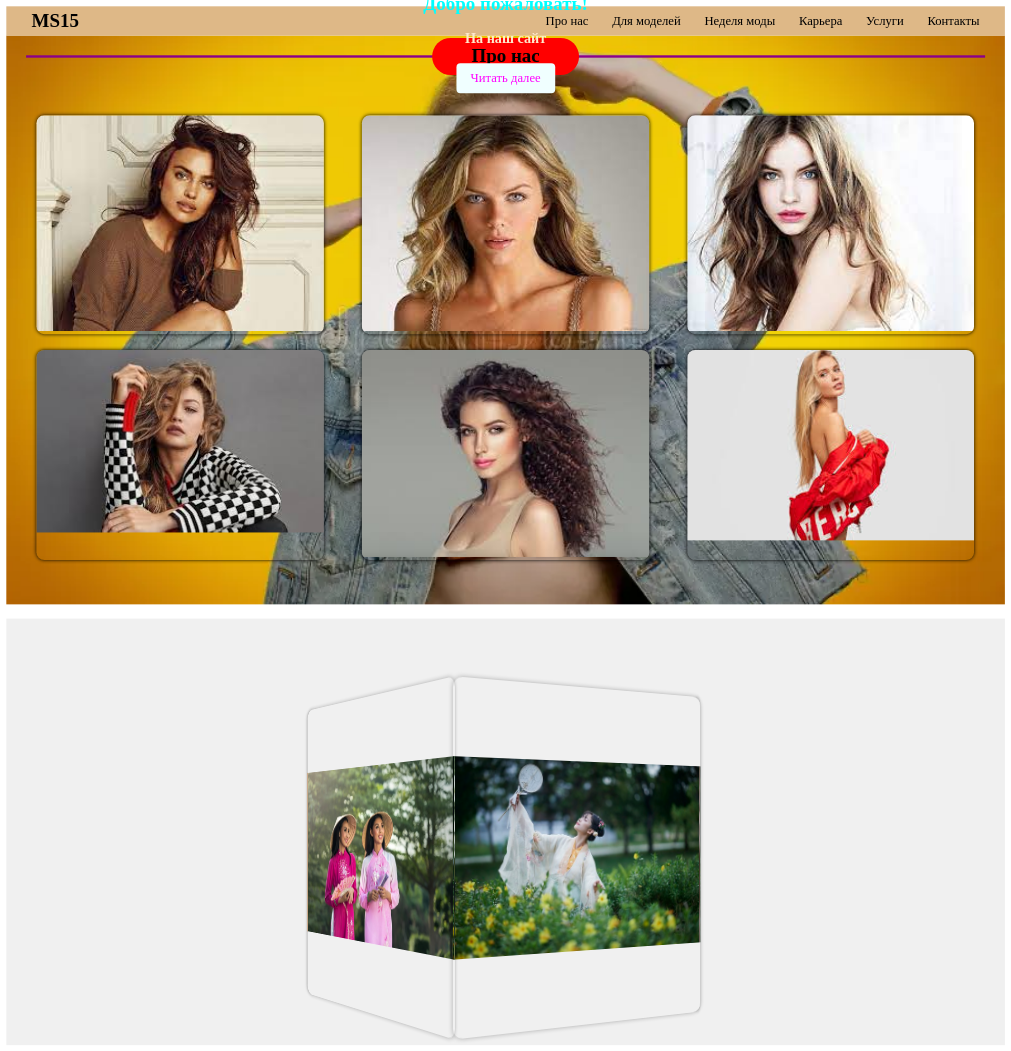
Repository: qtqqrdy13/model-studio
Page: index.html
The author's editor kept a copy of each file at every save. The page is drawn from the files as they stood at one save, then again after the next save.
The browser window is 1280 px wide. The pictures show the whole page, at 79% of full size.

Above is the page before, as saved 2023-08-22 19:00:14.

### index.html
<!DOCTYPE html>
<html lang="RU">

<head>
    <meta charset="UTF-8">
    <meta name="viewport" content="width=device-width, initial-scale=1.0">
    <title>model studio</title>
    <link rel="stylesheet" type="text/css" href="style.css">
</head>

<body>
    <header class="header">
        <div class="conteiner">
            <div class="header_inner">
                <div class="header_logo">
                    MS15
                </div>
                <nav class="nav">
                    <a class="nav_link" href="#">Про нас</a>
                    <a class="nav_link" href="#">Для моделей</a>
                    <a class="nav_link" href="#">Неделя моды</a>
                    <a class="nav_link" href="#">Карьера</a>
                    <a class="nav_link" href="#">Услуги</a>
                    <a class="nav_link" href="#">Контакты</a>
                </nav>
            </div>
        </div>
    </header>

    <div class="intro">
        <img src="../java/img/ответственная-стильная-девушка-отдающая-приветствие-слушая-порядок-217387674.webp" alt="">
        <div class="intro__inner">
            <h2 class="intro_suptitle">
                Добро пожаловать!
            </h2>
            <h1 class="intro_title">
                На наш сайт
            </h1>
                    <a class="button">
                        Читать далее
                    </a>
        </div>
    </div>
     <div id="about_us">
        <div class="announcement">
            <h2 class="title">
                Про нас
            </h2>
        </div>
    </div>
    <div class="wrapper">
        <div class="block">
            <img src="../java/img/Без названия (1).jpg">
            <div class="information">
                <h1>
                    Хочу Вас познакомить с шикарными девушками которые готовы работать в формате nu.
                </h1>
                <p>
                    Тыкайте сюда.
                </p>
                <a href="#" class="btn">
                    Далее
                </a>
            </div>
        </div>
        <div class="block">
            <img src="../java/img/Без названия (2).jpg">
            <div class="information">
                <h1>
                    Хочу Вас познакомить с шикарными девушками которые готовы работать в формате nu.
                </h1>
                <p>
                    Тыкайте сюда.
                </p>
                <a href="#" class="btn">
                    Далее
                </a>
            </div>
        </div>
        <div class="block">
            <img src="../java/img/Без названия (3).jpg">
            <div class="information">
                <h1>
                    Хочу Вас познакомить с шикарными девушками которые готовы работать в формате nu.
                </h1>
                <p>
                    Тыкайте сюда.
                </p>
                <a href="#" class="btn">
                    Далее
                </a>
            </div>
        </div>
        <div class="block">
            <img src="../java/img/images.jpg">
            <div class="information">
                <h1>
                    Хочу Вас познакомить с шикарными девушками которые готовы работать в формате nu.
                </h1>
                <p>
                    Тыкайте сюда.
                </p>
                <a href="#" class="btn">
                    Далее
                </a>
            </div>
        </div>
        <div class="block">
            <img src="../java/img/images (1).jpg">
            <div class="information">
                <h1>
                    Хочу Вас познакомить с шикарными девушками которые готовы работать в формате nu.
                </h1>
                <p>
                    Тыкайте сюда.
                </p>
                <a href="#" class="btn">
                    Далее
                </a>
            </div>
        </div>
        <div class="block">
            <img src="../java/img/images (2).jpg">
            <div class="information">
                <h1>
                    Хочу Вас познакомить с шикарными девушками которые готовы работать в формате nu.
                </h1>
                <p>
                    Тыкайте сюда.
                </p>
                <a href="#" class="btn">
                    Далее
                </a>
            </div>
        </div>
    </div>
    <div class="carusel-conteiner">
        <div class="carusel">
            <div class="slide">
                <img src="../java/img/q.webp">
            </div>
              <div class="slide">
                <img src="../java/img/w.jpg">
              </div>
                <div class="slide">
                    <img src="../java/img/e.jpg">
                </div>
                <div class="slide">
                    <img src="../java/img/r.jpg">
                </div>
                <div class="slide">
                    <img src="../java/img/t.jpg">
                </div>
            </div>
        </div>
    </div>
</body>

</html>

### style.css
.header {
    background-color: burlywood;
    color: black;
    padding: 5px;
}

.conteiner {
    max-width: 1200px;
    margin: 0 auto;
}

.header_inner {
    display: flex;
    justify-content: space-between;
    align-items: center;
}

.header_logo {
    font-size: 24px;
    font-weight: bold;
}

.nav {
    display: flex;
}

.nav_link {
    margin-left: 30px;
    text-decoration: none;
    color: black;
    transition: color 0.3s ease;
    align-items: flex-end;
    justify-content: space-between;
}

.nav_link:hover {
    color: crimson;
    font-size: 20px;

}
.nav_link::before{
    position:absolute;
    width: 100%;
    background-color:deeppink;
    transform: scaleX(0);
    transition: transform 0.3s ease;

}
.nav.link:hover::before{
    transform:scaleX(1);
}
.announcement{
    height: 3px;
    background-color:darkmagenta;
    display:flex;
    justify-content:center;
    align-items:center;
    margin:2% 2%;
}
.title{
    animation-name:fade-in;
    animation-duration: 0.3s;
    text-align:center;
    text-decoration: none;
    color:black;
    background-color: red;
    border-radius:30px;
    padding: 10px 50px;
}
.title:hover{
    background-color: cadetblue;
    color:coral;
    font-size:24px;
}
@keyframes fade-in {
    from{
        opacity:0;
    }
to{
    opacity:1;
}
}
.intro{
    position:relative;
    width: 100%;
    height: auto;
    display:flex;
    align-items:center;
    justify-content:center;


}
.intro img{
    width: 100%;
    height:100vh;
    object-fit:cover;
    position:absolute;
    top:0;
    left:0;
    animation:fade-in 1s ease-in-out;
    z-index: -1;
}
.intro__inner{
    text-align:center;
    position:absolute;
    top:50%;
    left:50%;
    transform:translate(-50%, -50%);
    z-index: 1;
}
.intro_suptitle{
    font-size:24px;
    color:aqua;
    margin-bottom:20px;
    text-align: center;
}
.intro_title{
    font-size:18px;
    color:blanchedalmond;
    margin-bottom:20px;
    text-align: center;
}
.button{
    display: inline-block;
    padding: 10px 18px;
    background-color:azure;
    color:fuchsia;
    font-size:16px;
    text-decoration: none;
    border-radius:5px;
}
.button:hover{
    background-color:antiquewhite;
    color:beige;
    font-size:24px;
}
@keyframes fade-in {
    from{
        opacity: 0;
    }
    to{
        opacity: 1;
    }

}
.wrapper{
    display:flex;
    flex-wrap: wrap;
    justify-content: space-evenly;
    margin-top: 5%;

}

.block{
    width: calc(30.33% - 20px);
    margin:10px;
    position:relative;
    overflow:hidden;
    border-radius:10px;
    box-shadow: 0 0 5px black;



}
.block:hover{
  box-shadow: 0 0 10px black;
  transform:scale(0.9);
}
.block:hover img{
    transform:scale(1.1);
}
.block img{
    width: 100%;
    height: auto;
    object-fit: cover;

}
.information{
position:absolute;
bottom:0;
left:0;
width: 100%;
padding:15px;
background-color:grey;
color:red;
opacity: 0;
transition: opacity 0.3s ease-in-out;
}
.information h1, p{
    margin:0;
    padding:0;
}
.block:hover .information{
    opacity:1;
}
.btn{
    display:inline-block;
    padding:10px 20px;
    background-color:brown;
    color:navy;
    text-decoration: none;
    border-radius:15px;
    margin-top:5px;
}
.btn:hover{
    background-color:green;
    color:pink;

}
.carusel-conteiner {
    perspective: 1000px;
    display: flex;
    justify-content: center;
    align-items: center;
    height: 75vh;
    background-color: #f0f0f0;
    margin-top:5%;
  }

  .carusel {
    width: 300px;
    height: 300px;
    position: relative;
    margin: auto;
    transform-style: preserve-3d;
    animation: rotate 15s infinite linear;
    transform: translateZ(-200px);
  }

  .slide {
    width: 293px;
    height: 350px;
    position: absolute;
    display: flex;
    justify-content: center;
    align-items: center;
    background-color: #f0f0f0;
    box-shadow: 0px 0px 5px rgba(0, 0, 0, 0.3);
    transform-origin: center center;
    border-radius: 10px;
  }
  .slide img{
    max-width: 100%;
    max-height: 100%;

  }

  .slide:nth-child(1) { transform: rotateY(0deg) translateZ(200px); }
  .slide:nth-child(2) { transform: rotateY(72deg) translateZ(200px); }
  .slide:nth-child(3) { transform: rotateY(144deg) translateZ(200px); }
  .slide:nth-child(4) { transform: rotateY(216deg) translateZ(200px); }
  .slide:nth-child(5) { transform: rotateY(288deg) translateZ(200px); }

  @keyframes rotate {
    0%, 100% { transform: rotateY(0deg); }
    20% { transform: rotateY(-72deg); }
    40% { transform: rotateY(-144deg); }
    60% { transform: rotateY(-216deg); }
    80% { transform: rotateY(-288deg); }
  }

After the next save:
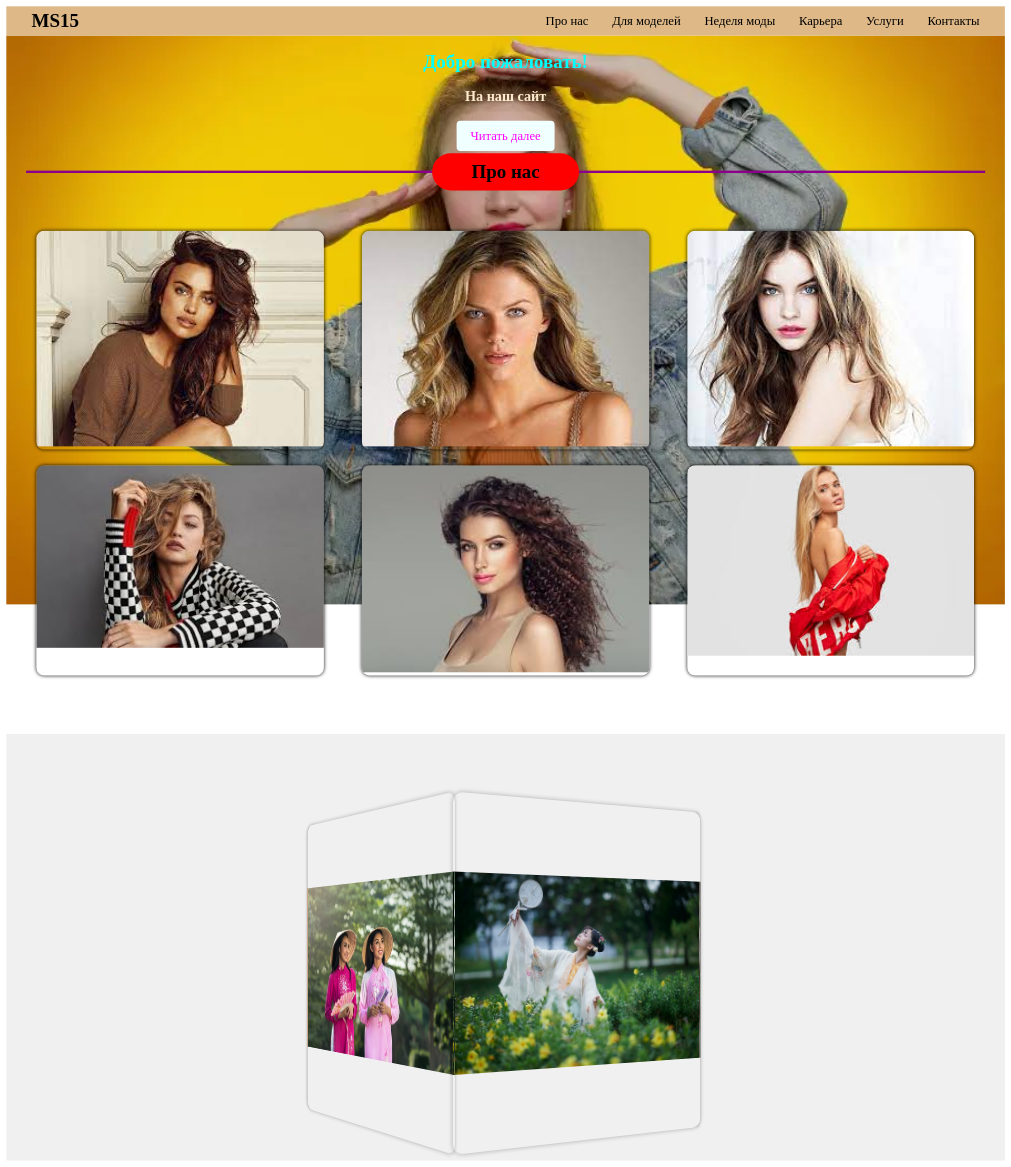
Saved 2 min 59 s later.
--- a/style.css
+++ b/style.css
@@ -102,23 +102,18 @@ to{
 }
 .intro__inner{
     text-align:center;
-    position:absolute;
-    top:50%;
-    left:50%;
-    transform:translate(-50%, -50%);
-    z-index: 1;
+
 }
 .intro_suptitle{
     font-size:24px;
     color:aqua;
     margin-bottom:20px;
-    text-align: center;
+
 }
 .intro_title{
     font-size:18px;
     color:blanchedalmond;
     margin-bottom:20px;
-    text-align: center;
 }
 .button{
     display: inline-block;
